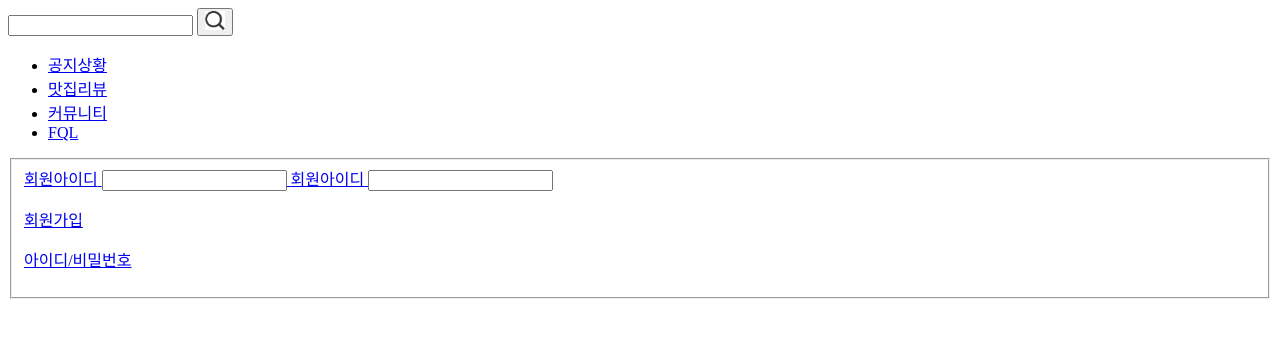
Repository: cally91/VegetLife
Page: http://localhost/VegetLife/
These files come from the project's save history. The page is drawn as it stood at one moment and after the next save; the edit follows.
The browser window is 1280 px wide. The pictures show the whole page.
The page is served by Tomcat 9.

Above is the page before, as saved 2019-07-10 03:41:03.

After the next save:
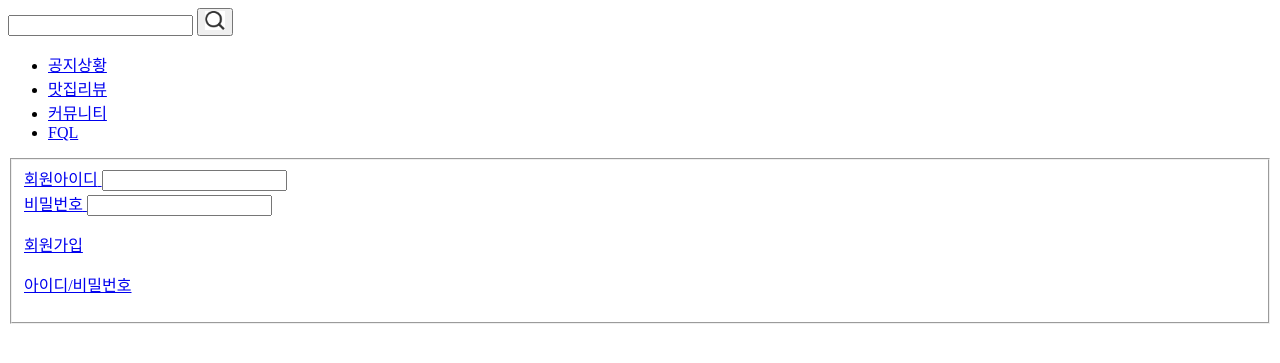
Saved 56 s later.
--- a/VegetLife/src/main/webapp/WEB-INF/views/home.jsp
+++ b/VegetLife/src/main/webapp/WEB-INF/views/home.jsp
@@ -20,10 +20,14 @@
 		<li><a href="#">FQL</li>
 	</ul>
 	<fieldset>
+	<div>
 	<label for="m_userid">회원아이디</label>
 	<input type="text"name="m_userid"id="m_userid">
-	<label for="m_password">회원아이디</label>
+	</div>
+	<div>
+	<label for="m_password">비밀번호</label>
 	<input type="password"name="password"id="password">
+	</div>
 	<p>회원가입</p><p>아이디/비밀번호</p>
 	</fieldset>
 </body>
